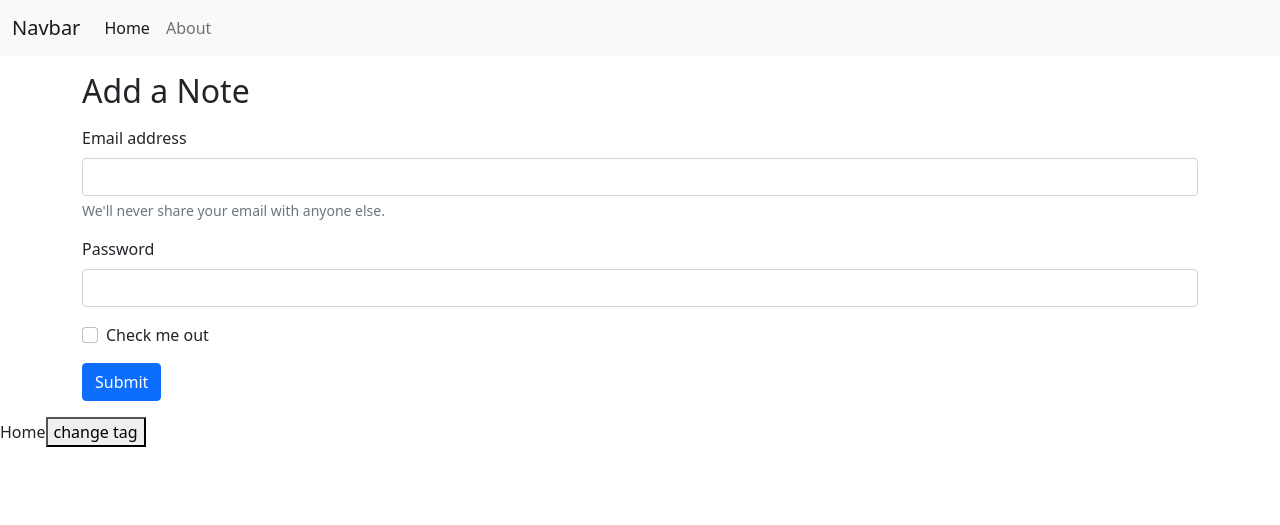
Repository: Asad-devv/inotebook-mern
Page: /
The author's editor kept a copy of each file at every save. The page is drawn from the files as they stood at one save, then again after a run of saves.
The browser window is 1280 px wide. The pictures show the whole page.
The project was rebuilt for these pictures with package versions that can differ from the ones it lists, and the page was loaded fresh each time. Also part of the build but not shown: vite.config.js, src/components/About.jsx.

Above is the page before, as saved 2023-04-14 00:15:29.

After the next 2 saves:
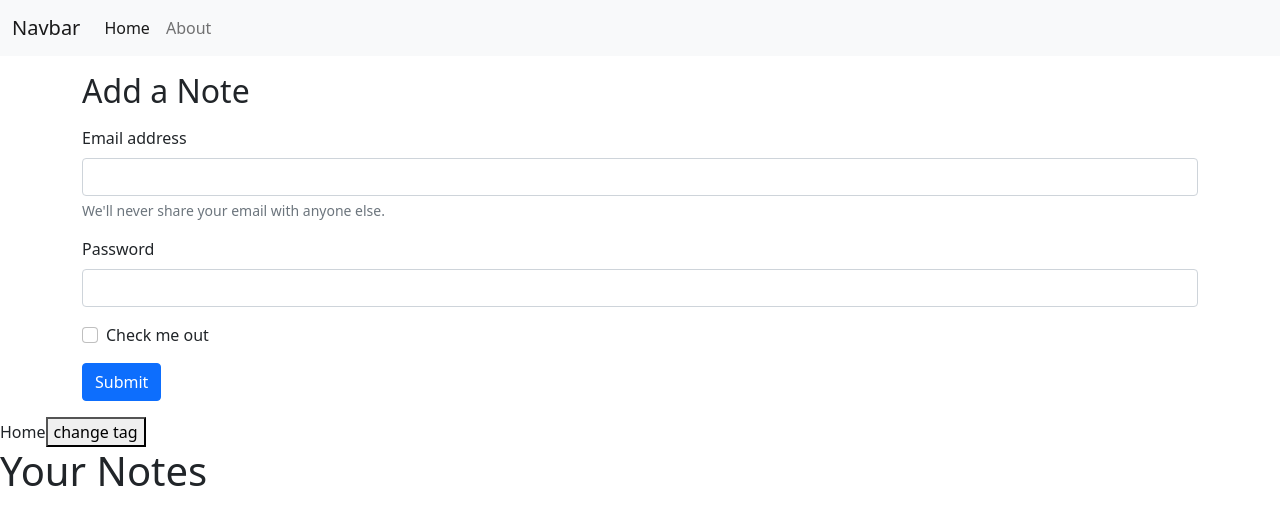
The 2 saves are shown as one change because they came seconds apart.
The last was saved 6 s later.
--- a/src/components/Home.jsx
+++ b/src/components/Home.jsx
@@ -32,7 +32,8 @@ const Home = () => {
 
       Home
         <button onClick={()=>dispatch(update())} >change tag</button>
-        <h1></h1>
+        <h1>Your Notes</h1>
+
     </div>
   )
 }
